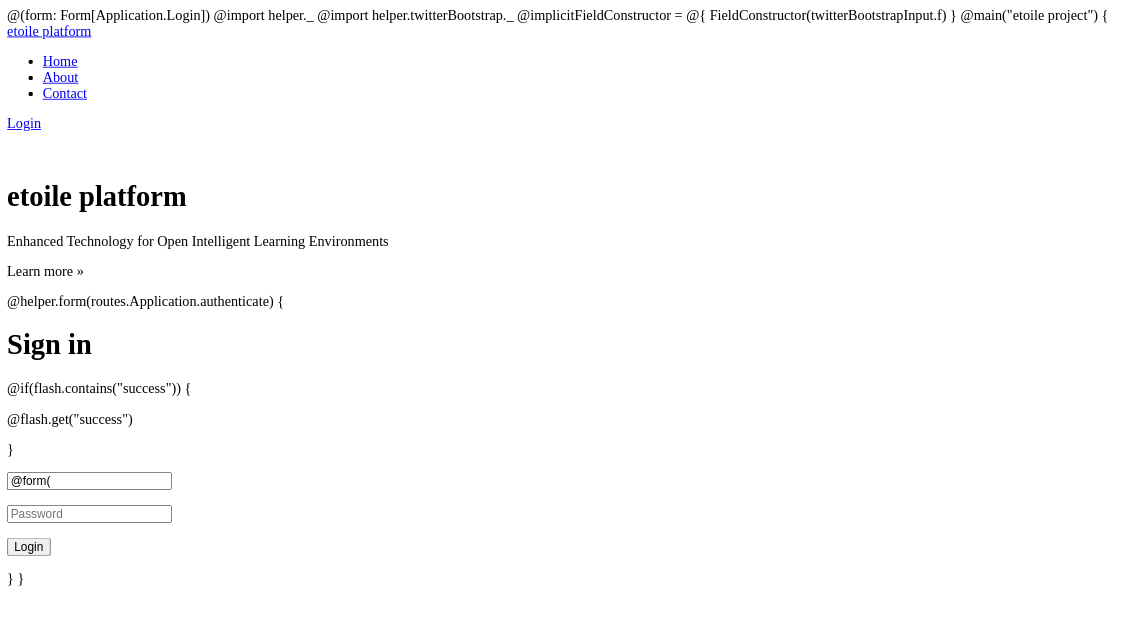
Repository: lopesdasilva/etoile
Page: etoile-play/.target/views/index.scala.html
These files come from the project's save history. The page is drawn as it stood at one moment and after the next save; the edit follows.
The browser window is 1280 px wide. The pictures show the whole page, at 89% of full size.

Above is the page before, as saved 2012-10-23 10:52:41.

After the next save:
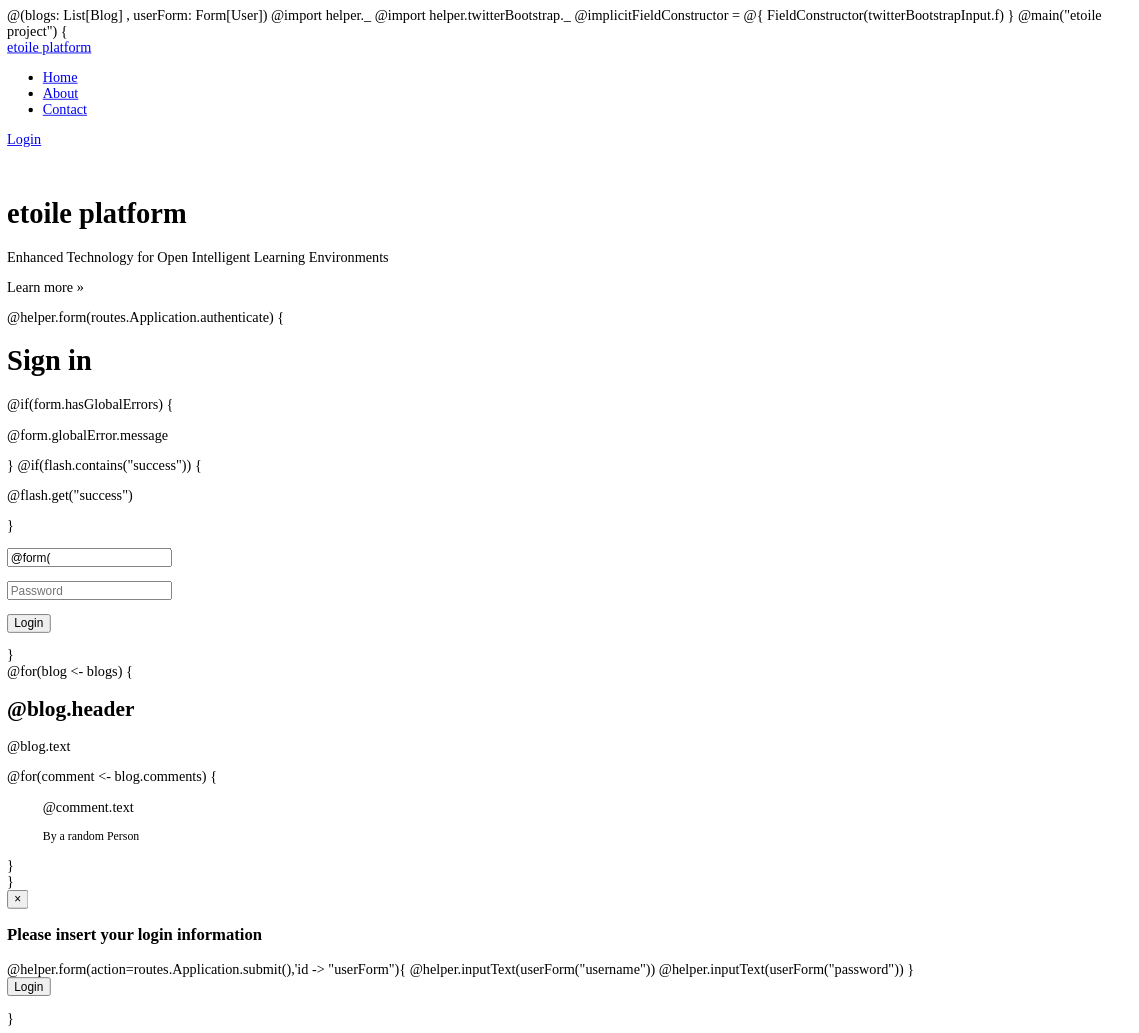
Saved 40 s later.
--- a/etoile-play/.target/views/index.scala.html
+++ b/etoile-play/.target/views/index.scala.html
@@ -1,4 +1,4 @@
-@(form: Form[Application.Login])
+@(blogs: List[Blog] , userForm: Form[User])
 
 @import helper._
 @import helper.twitterBootstrap._
@@ -43,7 +43,11 @@
 
             <h1>Sign in</h1>
 
-
+            @if(form.hasGlobalErrors) {
+                <p class="error">
+                    @form.globalError.message
+                </p>
+            }
 
             @if(flash.contains("success")) {
                 <p class="success">
@@ -52,7 +56,7 @@
             }
 
             <p>
-                <input type="username" name="username" placeholder="Username" value="@form("username").value">
+                <input type="email" name="email" placeholder="Email" value="@form("email").value">
             </p>
             <p>
                 <input type="password" name="password" placeholder="Password">
@@ -63,6 +67,38 @@
 
         }
 
+<!-- Example row of columns -->
+<div class="row" >
+	@for(blog <- blogs) {
+	<div class="span12">
+		<h2>@blog.header</h2>
+		<p>@blog.text</p>
+		@for(comment <- blog.comments) {
+		<blockquote>
+			<p>@comment.text</p>
+			<small>By a random Person</small>
+		</blockquote>
+		}
+	</div>
+	}
+</div>
 
+<form>
+<div id="loginModal" class="modal hide fade" tabindex="-1" role="dialog" aria-labelledby="myModalLabel" aria-hidden="true">
+  <div class="modal-header">
+    <button type="button" class="close" data-dismiss="modal" aria-hidden="true">&times;</button>
+    <h3 id="myModalLabel">Please insert your login information</h3>
+  </div>
+  <div class="modal-body">
+   @helper.form(action=routes.Application.submit(),'id -> "userForm"){
+			              	@helper.inputText(userForm("username"))
+			              	            	@helper.inputText(userForm("password"))
+			              	            	}
+  </div>
+  <div class="modal-footer">
+    <button class="btn btn-primary" formaction="signup" formmethod="post">Login</button>
+  </div>
+</div>
+</form>
 
 }
